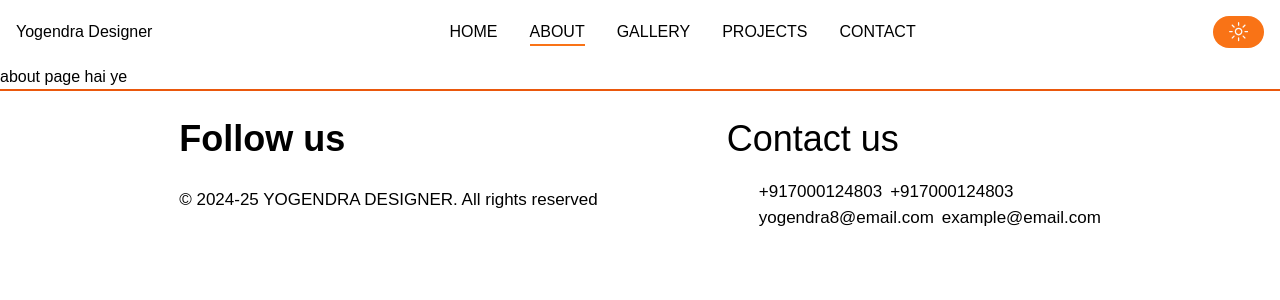
Repository: hitoutvrma/MB_designs-Interior-Designing-website
Page: /about
An editor plug-in stored every save of this project. The page is shown before and after the next save, followed by the edit.
The browser window is 1280 px wide. The pictures show the whole page.
The project was rebuilt for these pictures with package versions that can differ from the ones it lists, and the page was loaded fresh each time. The framework's server and built-in components were replaced by stand-ins that run in the browser. Also part of the build but not shown: next.config.mjs.

Above is the page before, as saved 2024-09-15 21:21:58.

After the next save:
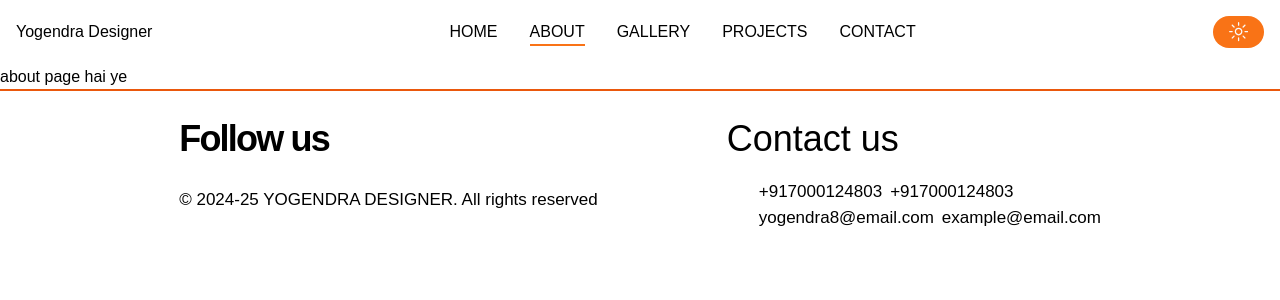
Saved 10 s later.
--- a/components/ui/Footer.jsx
+++ b/components/ui/Footer.jsx
@@ -9,7 +9,7 @@ const Footer = () => {
     <link rel="stylesheet" href="https://cdnjs.cloudflare.com/ajax/libs/font-awesome/6.0.0-beta3/css/all.min.css"/>
 
     </head>
-    <h1 class="pb-5 text-4xl font-semibold">Follow us</h1>
+    <h1 class="pb-5 text-4xl font-semibold tracking-tighter">Follow us</h1>
     <div className='flex gap-x-6 pb-2 text-4xl'>
     <a href="https://instagram/hitoutvrma" className="text-gray-600 hover:text-pink-500 transition-transform duration-300 transform hover:scale-110"><i class="fa-brands fa-instagram" ></i></a>
       <a href="https://www.linkedin.com/in/hitesh-verma-3695b0254/" className="text-gray-600 hover:text-blue-700 transition-transform duration-300 transform hover:scale-110"><i class="fa-brands fa-linkedin"></i></a>
